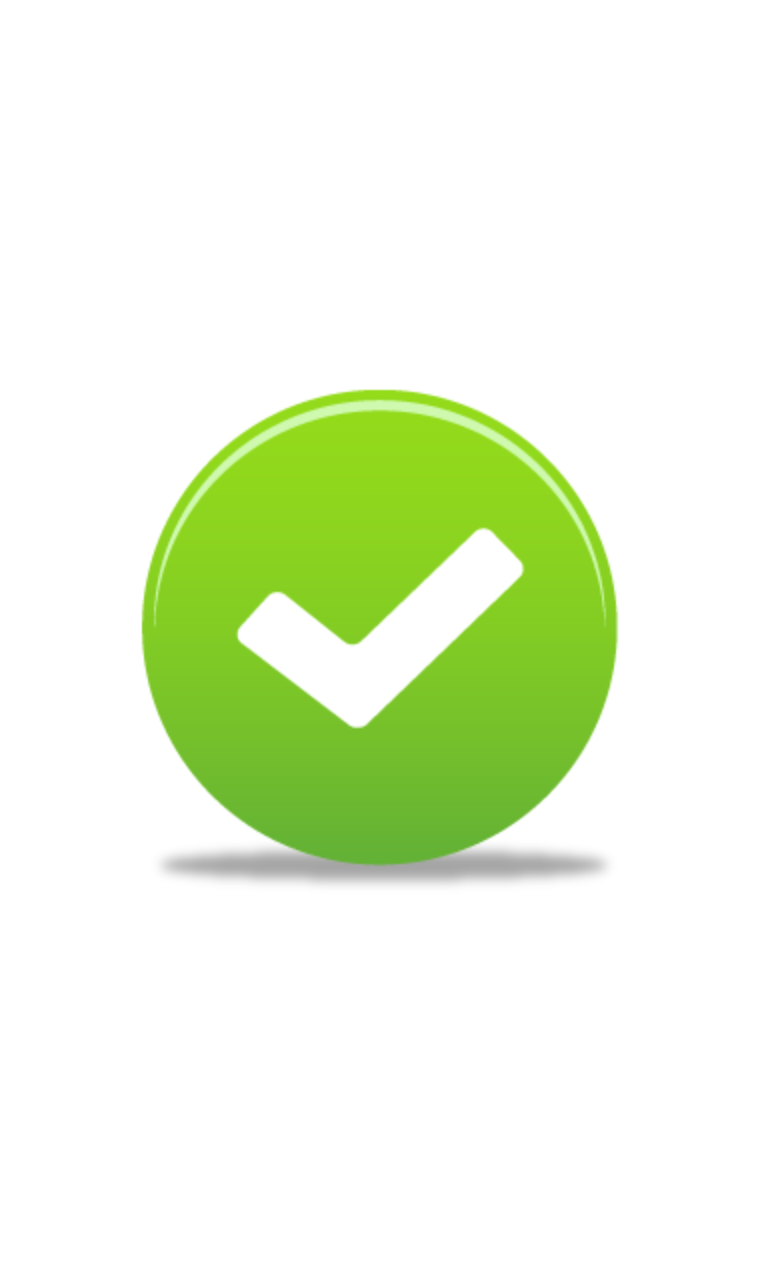
Repository: fernandohur/moviles
Layout: ClienteTaxi/res/layout/activity_confirmar_servicio.xml
The author's editor kept a copy of each file at every save. The layout is drawn from the files as they stood at one save, then again after the next save.
It is drawn on a 768 x 1280 px phone screen (xhdpi) without system bars, with theme AppTheme; the app's code is not run.

Above is the layout before, as saved 2013-03-09 23:10:33.

### ClienteTaxi/res/layout/activity_confirmar_servicio.xml
<RelativeLayout xmlns:android="http://schemas.android.com/apk/res/android"
    xmlns:tools="http://schemas.android.com/tools"
    android:layout_width="match_parent"
    android:layout_height="match_parent"
    tools:context=".ConfirmarServicioActivity" >

    <TextView
        android:id="@+id/txtMessageConf"
        android:layout_width="wrap_content"
        android:layout_height="wrap_content"
        android:layout_alignParentLeft="true"
        android:layout_alignParentTop="true"
        android:layout_marginLeft="59dp"
        android:layout_marginTop="33dp"
        android:text=""
        android:textAppearance="?android:attr/textAppearanceLarge" />

    <ImageButton
        android:id="@+id/btnConfirm"
        android:layout_width="wrap_content"
        android:layout_height="wrap_content"
        android:layout_centerHorizontal="true"
        android:layout_centerVertical="true"
        android:background="#FFFFFF"
        android:src="@drawable/accept_icon" />

</RelativeLayout>

Loaded but not shown: ClienteTaxi/res/values/styles.xml (common file); ClienteTaxi/res/values-v11/styles.xml (common file); ClienteTaxi/res/values-v14/styles.xml (common file)

After the next save:
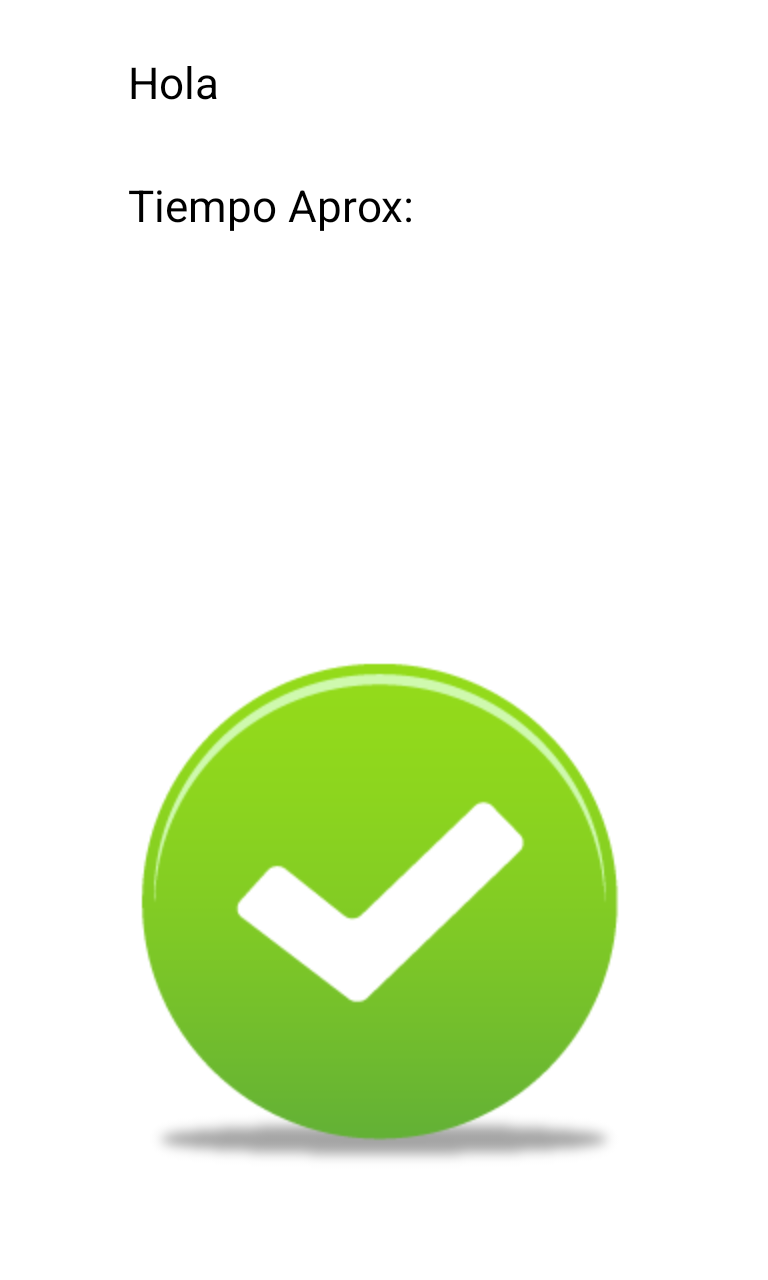
Saved 2 min 45 s later.
--- a/ClienteTaxi/res/layout/activity_confirmar_servicio.xml
+++ b/ClienteTaxi/res/layout/activity_confirmar_servicio.xml
@@ -4,24 +4,34 @@
     android:layout_height="match_parent"
     tools:context=".ConfirmarServicioActivity" >
 
+    <ImageButton
+        android:id="@+id/btnConfirm"
+        android:layout_width="wrap_content"
+        android:layout_height="wrap_content"
+        android:layout_alignParentBottom="true"
+        android:layout_centerHorizontal="true"
+        android:layout_marginBottom="55dp"
+        android:background="#FFFFFF"
+        android:src="@drawable/accept_icon" />
+
     <TextView
         android:id="@+id/txtMessageConf"
         android:layout_width="wrap_content"
         android:layout_height="wrap_content"
-        android:layout_alignParentLeft="true"
+        android:layout_alignLeft="@+id/btnConfirm"
         android:layout_alignParentTop="true"
-        android:layout_marginLeft="59dp"
-        android:layout_marginTop="33dp"
-        android:text=""
+        android:layout_marginTop="26dp"
+        android:text="Hola"
         android:textAppearance="?android:attr/textAppearanceLarge" />
 
-    <ImageButton
-        android:id="@+id/btnConfirm"
+    <TextView
+        android:id="@+id/TextView01"
         android:layout_width="wrap_content"
         android:layout_height="wrap_content"
-        android:layout_centerHorizontal="true"
-        android:layout_centerVertical="true"
-        android:background="#FFFFFF"
-        android:src="@drawable/accept_icon" />
+        android:layout_alignLeft="@+id/txtMessageConf"
+        android:layout_below="@+id/txtMessageConf"
+        android:layout_marginTop="32dp"
+        android:text="Tiempo Aprox:"
+        android:textAppearance="?android:attr/textAppearanceLarge" />
 
 </RelativeLayout>
